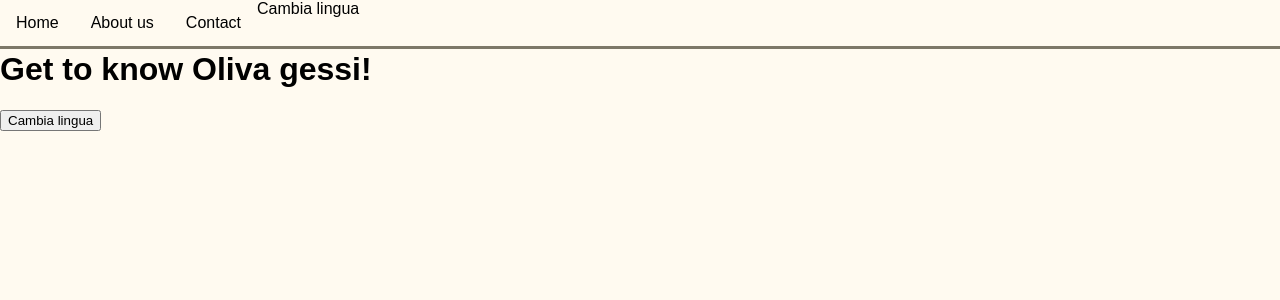
Repository: Seaside-Jokers/Oliva-gessi
Page: index.html
These files come from the project's save history. The page is drawn as it stood at one moment and after a run of saves; the edit follows.
The browser window is 1280 px wide. The pictures show the whole page.

Above is the page before, as saved 2026-02-16 19:30:01.

### index.html
<!DOCTYPE html>
<html lang="it">
<head>
    <meta charset="UTF-8">
    <title>Oliva gessi</title>
    <link rel="stylesheet" href="src/style.css">
</head>
<body>
    <nav class="navbar">
        <a class="nav-button" href="#" data-key="home">Home</a>
        <a class="nav-button" href="#" data-key="about">Chi siamo</a>
        <a class="nav-button" href="#" data-key="contact">Contatti</a>
        <link class="nav-button change-language" onclick="changeState()" data-key="change-language"
            href="assets/menu_icon.png">
            Cambia lingua</link>
    </nav>

    <h1 data-key="titolo">Vieni a conoscere Oliva Gessi!</h1>
    <button onclick="changeState()" type="button">Cambia lingua</button>

    <!-- - - - - - - - - - - - - - - - - - - - - - - - - - - - - - - - - - - - -->
    <!--                              DO NOT TOUCH                             -->
    <!-- - - - - - - - - - - - - - - - - - - - - - - - - - - - - - - - - - - - -->
    <script src="src/database_testo.js"></script>
    <script src="src/color_scheme.js"></script>
</body>

<!-- TODO: leggi questo commento e poi eliminalo per favore: quando vuoi aggiungere un nuovo testo modificalo in src/database_testo.js -->
</html>

### src/style.css
/* -------------------------------------------------------------------------- */
/*                                    BASE                                    */
/* -------------------------------------------------------------------------- */
/* corpo dell'HTML */
body {
    font-family: 'Montserrat', sans-serif;
    margin: 0;
    padding: 0;
    padding-top: 30px;
    background-color: var(--colors-background);
}

/* -------------------------------------------------------------------------- */
/*                                   NAVBAR                                   */
/* -------------------------------------------------------------------------- */
/* Container NavBar */
nav.navbar {
    display: flex;
    overflow: hidden;
    background-color: var(--colors-surface);
    outline: 3px solid var(--colors-outline);
    position: fixed;
    top: 0;
    width: 100%;
}
/* Pulsanti della NavBar */
a.nav-button {
    color: var(--colors-onSurface);
    text-decoration: none;
    padding: 14px 16px;
    display: block;
}
/* Pulsante per il cambio lingua */
a.nav-button.change-language {
    background-color: var(--colors-primary);
    color: var(--colors-onPrimary);
    border: none;
    padding: 0px, 20px;
    cursor: pointer;
    font-size: 16px;
    margin-left: auto;
}

/*
    Fonts: https://ctrl-z.it/9-font-architettura-tavole-portfolio https://material-f/
    Design: foundation.github.io/material-theme-builder/
    Fonts: Playfair Display (titoli), Montserrat (testo normale)
*/

### src/database_testo.js
const traduzioni = {
    "it": {
        titolo: "Vieni a conoscere Oliva gessi!",
        home: "Home",
        about: "Chi siamo",
        contact: "Contatti"
    },
    "en": {
        titolo: "Get to know Oliva gessi!",
        home: "Home",
        about: "About us",
        contact: "Contact"
    }
}



/* -------------------------------------------------------------------------- */
/*                                DO NOT TOUCH                                */
/* -------------------------------------------------------------------------- */
var state =  getDefaultLang();

function aggiornaInterfaccia() {
    const elementi = document.querySelectorAll('[data-key]');

    elementi.forEach(el => {
        const chiave = el.getAttribute('data-key');
        const testoTradotto = traduzioni[state][chiave];

        if (testoTradotto) {
            el.textContent = testoTradotto;
        }
    });
}

/* -------------------------------------------------------------------------- */
/*                            Cambiamenti di stato                            */
/* -------------------------------------------------------------------------- */
function getDefaultLang() {
    if(navigator.language.substring(0, 2) === "en")
        return "en";

    return "it";
}
function defaultState() {
    state = getDefaultLang();
    aggiornaInterfaccia();
    return true;
}
function changeStateTo(_state) {
    if(_state !== "it" && _state !== "en") {
        defaultState();
        return;
    }
    state = _state;
    aggiornaInterfaccia();
}
function changeState() {
    if(state === "it")
        changeStateTo("en");
    else
        changeStateTo("it");
}

document.addEventListener("DOMContentLoaded", aggiornaInterfaccia);

### src/color_scheme.js
const ThemeManager = (() => {
    const colorScheme = {
        "light": {
            "primary": "hsl(50, 76%, 24%)",
            "surfaceTint": "hsl(50, 76%, 24%)",
            "onPrimary": "hsl(0, 0%, 100%)",
            "primaryContainer": "hsl(48, 89%, 75%)",
            "onPrimaryContainer": "hsl(51, 100%, 16%)",
            "secondary": "hsl(47, 23%, 33%)",
            "onSecondary": "hsl(0, 0%, 100%)",
            "secondaryContainer": "hsl(46, 60%, 84%)",
            "onSecondaryContainer": "hsl(48, 30%, 24%)",
            "tertiary": "hsl(139, 21%, 33%)",
            "onTertiary": "hsl(0, 0%, 100%)",
            "tertiaryContainer": "hsl(134, 51%, 85%)",
            "onTertiaryContainer": "hsl(141, 28%, 24%)",
            "error": "hsl(0, 75%, 42%)",
            "onError": "hsl(0, 0%, 100%)",
            "errorContainer": "hsl(6, 100%, 92%)",
            "onErrorContainer": "hsl(356, 100%, 29%)",
            "background": "hsl(39, 100%, 97%)",
            "onBackground": "hsl(44, 22%, 10%)",
            "surface": "hsl(39, 100%, 97%)",
            "onSurface": "hsl(44, 22%, 10%)",
            "surfaceVariant": "hsl(42, 38%, 87%)",
            "onSurfaceVariant": "hsl(47, 14%, 26%)",
            "outline": "hsl(46, 9%, 45%)",
            "outlineVariant": "hsl(43, 20%, 75%)",
            "shadow": "hsl(0, 0%, 0%)",
            "scrim": "hsl(0, 0%, 0%)",
            "inverseSurface": "hsl(45, 13%, 18%)",
            "inverseOnSurface": "hsl(40, 57%, 93%)",
            "inversePrimary": "hsl(48, 60%, 65%)",
            "primaryFixed": "hsl(48, 89%, 75%)",
            "onPrimaryFixed": "hsl(48, 100%, 7%)",
            "primaryFixedDim": "hsl(48, 60%, 65%)",
            "onPrimaryFixedVariant": "hsl(51, 100%, 16%)",
            "secondaryFixed": "hsl(46, 60%, 84%)",
            "onSecondaryFixed": "hsl(48, 78%, 7%)",
            "secondaryFixedDim": "hsl(46, 34%, 73%)",
            "onSecondaryFixedVariant": "hsl(48, 30%, 24%)",
            "tertiaryFixed": "hsl(134, 51%, 85%)",
            "onTertiaryFixed": "hsl(147, 100%, 6%)",
            "tertiaryFixedDim": "hsl(135, 29%, 74%)",
            "onTertiaryFixedVariant": "hsl(141, 28%, 24%)",
            "surfaceDim": "hsl(39, 24%, 84%)",
            "surfaceBright": "hsl(39, 100%, 97%)",
            "surfaceContainerLowest": "hsl(0, 0%, 100%)",
            "surfaceContainerLow": "hsl(40, 68%, 94%)",
            "surfaceContainer": "hsl(40, 49%, 92%)",
            "surfaceContainerHigh": "hsl(42, 37%, 89%)",
            "surfaceContainerHighest": "hsl(42, 30%, 87%)"
        },
        "light-medium-contrast": {
            "primary": "hsl(51, 100%, 13%)",
            "surfaceTint": "hsl(50, 76%, 24%)",
            "onPrimary": "hsl(0, 0%, 100%)",
            "primaryContainer": "hsl(49, 61%, 30%)",
            "onPrimaryContainer": "hsl(0, 0%, 100%)",
            "secondary": "hsl(49, 38%, 17%)",
            "onSecondary": "hsl(0, 0%, 100%)",
            "secondaryContainer": "hsl(48, 20%, 38%)",
            "onSecondaryContainer": "hsl(0, 0%, 100%)",
            "tertiary": "hsl(143, 39%, 17%)",
            "onTertiary": "hsl(0, 0%, 100%)",
            "tertiaryContainer": "hsl(139, 18%, 39%)",
            "onTertiaryContainer": "hsl(0, 0%, 100%)",
            "error": "hsl(357, 100%, 23%)",
            "onError": "hsl(0, 0%, 100%)",
            "errorContainer": "hsl(2, 68%, 48%)",
            "onErrorContainer": "hsl(0, 0%, 100%)",
            "background": "hsl(39, 100%, 97%)",
            "onBackground": "hsl(44, 22%, 10%)",
            "surface": "hsl(39, 100%, 97%)",
            "onSurface": "hsl(48, 36%, 5%)",
            "surfaceVariant": "hsl(42, 38%, 87%)",
            "onSurfaceVariant": "hsl(46, 17%, 19%)",
            "outline": "hsl(44, 12%, 30%)",
            "outlineVariant": "hsl(45, 10%, 41%)",
            "shadow": "hsl(0, 0%, 0%)",
            "scrim": "hsl(0, 0%, 0%)",
            "inverseSurface": "hsl(45, 13%, 18%)",
            "inverseOnSurface": "hsl(40, 57%, 93%)",
            "inversePrimary": "hsl(48, 60%, 65%)",
            "primaryFixed": "hsl(49, 61%, 30%)",
            "onPrimaryFixed": "hsl(0, 0%, 100%)",
            "primaryFixedDim": "hsl(51, 94%, 20%)",
            "onPrimaryFixedVariant": "hsl(0, 0%, 100%)",
            "secondaryFixed": "hsl(48, 20%, 38%)",
            "onSecondaryFixed": "hsl(0, 0%, 100%)",
            "secondaryFixedDim": "hsl(49, 25%, 29%)",
            "onSecondaryFixedVariant": "hsl(0, 0%, 100%)",
            "tertiaryFixed": "hsl(139, 18%, 39%)",
            "onTertiaryFixed": "hsl(0, 0%, 100%)",
            "tertiaryFixedDim": "hsl(139, 23%, 29%)",
            "onTertiaryFixedVariant": "hsl(0, 0%, 100%)",
            "surfaceDim": "hsl(41, 16%, 76%)",
            "surfaceBright": "hsl(39, 100%, 97%)",
            "surfaceContainerLowest": "hsl(0, 0%, 100%)",
            "surfaceContainerLow": "hsl(40, 68%, 94%)",
            "surfaceContainer": "hsl(42, 37%, 89%)",
            "surfaceContainerHigh": "hsl(39, 26%, 85%)",
            "surfaceContainerHighest": "hsl(41, 19%, 81%)"
        },
        "light-high-contrast": {
            "primary": "hsl(50, 100%, 10%)",
            "surfaceTint": "hsl(50, 76%, 24%)",
            "onPrimary": "hsl(0, 0%, 100%)",
            "primaryContainer": "hsl(50, 100%, 17%)",
            "onPrimaryContainer": "hsl(0, 0%, 100%)",
            "secondary": "hsl(49, 47%, 13%)",
            "onSecondary": "hsl(0, 0%, 100%)",
            "secondaryContainer": "hsl(48, 28%, 25%)",
            "onSecondaryContainer": "hsl(0, 0%, 100%)",
            "tertiary": "hsl(146, 52%, 13%)",
            "onTertiary": "hsl(0, 0%, 100%)",
            "tertiaryContainer": "hsl(141, 27%, 25%)",
            "onTertiaryContainer": "hsl(0, 0%, 100%)",
            "error": "hsl(357, 100%, 19%)",
            "onError": "hsl(0, 0%, 100%)",
            "errorContainer": "hsl(356, 100%, 30%)",
            "onErrorContainer": "hsl(0, 0%, 100%)",
            "background": "hsl(39, 100%, 97%)",
            "onBackground": "hsl(44, 22%, 10%)",
            "surface": "hsl(39, 100%, 97%)",
            "onSurface": "hsl(0, 0%, 0%)",
            "surfaceVariant": "hsl(42, 38%, 87%)",
            "onSurfaceVariant": "hsl(0, 0%, 0%)",
            "outline": "hsl(48, 19%, 15%)",
            "outlineVariant": "hsl(47, 13%, 27%)",
            "shadow": "hsl(0, 0%, 0%)",
            "scrim": "hsl(0, 0%, 0%)",
            "inverseSurface": "hsl(45, 13%, 18%)",
            "inverseOnSurface": "hsl(0, 0%, 100%)",
            "inversePrimary": "hsl(48, 60%, 65%)",
            "primaryFixed": "hsl(50, 100%, 17%)",
            "onPrimaryFixed": "hsl(0, 0%, 100%)",
            "primaryFixedDim": "hsl(50, 100%, 12%)",
            "onPrimaryFixedVariant": "hsl(0, 0%, 100%)",
            "secondaryFixed": "hsl(48, 28%, 25%)",
            "onSecondaryFixed": "hsl(0, 0%, 100%)",
            "secondaryFixedDim": "hsl(49, 41%, 16%)",
            "onSecondaryFixedVariant": "hsl(0, 0%, 100%)",
            "tertiaryFixed": "hsl(141, 27%, 25%)",
            "onTertiaryFixed": "hsl(0, 0%, 100%)",
            "tertiaryFixedDim": "hsl(145, 43%, 16%)",
            "onTertiaryFixedVariant": "hsl(0, 0%, 100%)",
            "surfaceDim": "hsl(41, 13%, 71%)",
            "surfaceBright": "hsl(39, 100%, 97%)",
            "surfaceContainerLowest": "hsl(0, 0%, 100%)",
            "surfaceContainerLow": "hsl(40, 57%, 93%)",
            "surfaceContainer": "hsl(42, 30%, 87%)",
            "surfaceContainerHigh": "hsl(42, 21%, 82%)",
            "surfaceContainerHighest": "hsl(41, 16%, 76%)"
        },
        "dark": {
            "primary": "hsl(48, 60%, 65%)",
            "surfaceTint": "hsl(48, 60%, 65%)",
            "onPrimary": "hsl(50, 100%, 11%)",
            "primaryContainer": "hsl(51, 100%, 16%)",
            "onPrimaryContainer": "hsl(48, 89%, 75%)",
            "secondary": "hsl(46, 34%, 73%)",
            "onSecondary": "hsl(49, 42%, 15%)",
            "secondaryContainer": "hsl(48, 30%, 24%)",
            "onSecondaryContainer": "hsl(46, 60%, 84%)",
            "tertiary": "hsl(135, 29%, 74%)",
            "onTertiary": "hsl(146, 47%, 15%)",
            "tertiaryContainer": "hsl(141, 28%, 24%)",
            "onTertiaryContainer": "hsl(134, 51%, 85%)",
            "error": "hsl(6, 100%, 84%)",
            "onError": "hsl(357, 100%, 21%)",
            "errorContainer": "hsl(356, 100%, 29%)",
            "onErrorContainer": "hsl(6, 100%, 92%)",
            "background": "hsl(48, 31%, 6%)",
            "onBackground": "hsl(42, 30%, 87%)",
            "surface": "hsl(48, 31%, 6%)",
            "onSurface": "hsl(42, 30%, 87%)",
            "surfaceVariant": "hsl(47, 14%, 26%)",
            "onSurfaceVariant": "hsl(43, 20%, 75%)",
            "outline": "hsl(44, 9%, 55%)",
            "outlineVariant": "hsl(47, 14%, 26%)",
            "shadow": "hsl(0, 0%, 0%)",
            "scrim": "hsl(0, 0%, 0%)",
            "inverseSurface": "hsl(42, 30%, 87%)",
            "inverseOnSurface": "hsl(45, 13%, 18%)",
            "inversePrimary": "hsl(50, 76%, 24%)",
            "primaryFixed": "hsl(48, 89%, 75%)",
            "onPrimaryFixed": "hsl(48, 100%, 7%)",
            "primaryFixedDim": "hsl(48, 60%, 65%)",
            "onPrimaryFixedVariant": "hsl(51, 100%, 16%)",
            "secondaryFixed": "hsl(46, 60%, 84%)",
            "onSecondaryFixed": "hsl(48, 78%, 7%)",
            "secondaryFixedDim": "hsl(46, 34%, 73%)",
            "onSecondaryFixedVariant": "hsl(48, 30%, 24%)",
            "tertiaryFixed": "hsl(134, 51%, 85%)",
            "onTertiaryFixed": "hsl(147, 100%, 6%)",
            "tertiaryFixedDim": "hsl(135, 29%, 74%)",
            "onTertiaryFixedVariant": "hsl(141, 28%, 24%)",
            "surfaceDim": "hsl(48, 31%, 6%)",
            "surfaceBright": "hsl(45, 11%, 21%)",
            "surfaceContainerLowest": "hsl(47, 39%, 5%)",
            "surfaceContainerLow": "hsl(44, 22%, 10%)",
            "surfaceContainer": "hsl(49, 19%, 11%)",
            "surfaceContainerHigh": "hsl(45, 15%, 15%)",
            "surfaceContainerHighest": "hsl(46, 13%, 19%)"
        },
        "dark-medium-contrast": {
            "primary": "hsl(48, 81%, 73%)",
            "surfaceTint": "hsl(48, 60%, 65%)",
            "onPrimary": "hsl(49, 100%, 9%)",
            "primaryContainer": "hsl(49, 44%, 44%)",
            "onPrimaryContainer": "hsl(0, 0%, 0%)",
            "secondary": "hsl(46, 52%, 81%)",
            "onSecondary": "hsl(48, 56%, 11%)",
            "secondaryContainer": "hsl(47, 18%, 52%)",
            "onSecondaryContainer": "hsl(0, 0%, 0%)",
            "tertiary": "hsl(134, 44%, 83%)",
            "onTertiary": "hsl(147, 69%, 10%)",
            "tertiaryContainer": "hsl(137, 15%, 53%)",
            "onTertiaryContainer": "hsl(0, 0%, 0%)",
            "error": "hsl(7, 100%, 90%)",
            "onError": "hsl(358, 100%, 16%)",
            "errorContainer": "hsl(4, 100%, 64%)",
            "onErrorContainer": "hsl(0, 0%, 0%)",
            "background": "hsl(48, 31%, 6%)",
            "onBackground": "hsl(42, 30%, 87%)",
            "surface": "hsl(48, 31%, 6%)",
            "onSurface": "hsl(0, 0%, 100%)",
            "surfaceVariant": "hsl(47, 14%, 26%)",
            "onSurfaceVariant": "hsl(43, 31%, 84%)",
            "outline": "hsl(42, 14%, 67%)",
            "outlineVariant": "hsl(44, 9%, 55%)",
            "shadow": "hsl(0, 0%, 0%)",
            "scrim": "hsl(0, 0%, 0%)",
            "inverseSurface": "hsl(42, 30%, 87%)",
            "inverseOnSurface": "hsl(45, 15%, 15%)",
            "inversePrimary": "hsl(50, 100%, 17%)",
            "primaryFixed": "hsl(48, 89%, 75%)",
            "onPrimaryFixed": "hsl(46, 100%, 4%)",
            "primaryFixedDim": "hsl(48, 60%, 65%)",
            "onPrimaryFixedVariant": "hsl(51, 100%, 13%)",
            "secondaryFixed": "hsl(46, 60%, 84%)",
            "onSecondaryFixed": "hsl(46, 100%, 4%)",
            "secondaryFixedDim": "hsl(46, 34%, 73%)",
            "onSecondaryFixedVariant": "hsl(49, 38%, 17%)",
            "tertiaryFixed": "hsl(134, 51%, 85%)",
            "onTertiaryFixed": "hsl(143, 100%, 4%)",
            "tertiaryFixedDim": "hsl(135, 29%, 74%)",
            "onTertiaryFixedVariant": "hsl(143, 39%, 17%)",
            "surfaceDim": "hsl(48, 31%, 6%)",
            "surfaceBright": "hsl(43, 11%, 25%)",
            "surfaceContainerLowest": "hsl(40, 50%, 2%)",
            "surfaceContainerLow": "hsl(44, 21%, 10%)",
            "surfaceContainer": "hsl(49, 15%, 14%)",
            "surfaceContainerHigh": "hsl(45, 13%, 18%)",
            "surfaceContainerHighest": "hsl(42, 11%, 23%)"
        },
        "dark-high-contrast": {
            "primary": "hsl(47, 100%, 86%)",
            "surfaceTint": "hsl(48, 60%, 65%)",
            "onPrimary": "hsl(0, 0%, 0%)",
            "primaryContainer": "hsl(48, 57%, 63%)",
            "onPrimaryContainer": "hsl(44, 100%, 3%)",
            "secondary": "hsl(46, 89%, 89%)",
            "onSecondary": "hsl(0, 0%, 0%)",
            "secondaryContainer": "hsl(46, 32%, 71%)",
            "onSecondaryContainer": "hsl(44, 100%, 3%)",
            "tertiary": "hsl(134, 80%, 90%)",
            "onTertiary": "hsl(0, 0%, 0%)",
            "tertiaryContainer": "hsl(135, 28%, 72%)",
            "onTertiaryContainer": "hsl(140, 100%, 3%)",
            "error": "hsl(8, 100%, 96%)",
            "onError": "hsl(0, 0%, 0%)",
            "errorContainer": "hsl(7, 100%, 82%)",
            "onErrorContainer": "hsl(358, 100%, 7%)",
            "background": "hsl(48, 31%, 6%)",
            "onBackground": "hsl(42, 30%, 87%)",
            "surface": "hsl(48, 31%, 6%)",
            "onSurface": "hsl(0, 0%, 100%)",
            "surfaceVariant": "hsl(47, 14%, 26%)",
            "onSurfaceVariant": "hsl(0, 0%, 100%)",
            "outline": "hsl(42, 62%, 92%)",
            "outlineVariant": "hsl(42, 18%, 74%)",
            "shadow": "hsl(0, 0%, 0%)",
            "scrim": "hsl(0, 0%, 0%)",
            "inverseSurface": "hsl(42, 30%, 87%)",
            "inverseOnSurface": "hsl(0, 0%, 0%)",
            "inversePrimary": "hsl(50, 100%, 17%)",
            "primaryFixed": "hsl(48, 89%, 75%)",
            "onPrimaryFixed": "hsl(0, 0%, 0%)",
            "primaryFixedDim": "hsl(48, 60%, 65%)",
            "onPrimaryFixedVariant": "hsl(46, 100%, 4%)",
            "secondaryFixed": "hsl(46, 60%, 84%)",
            "onSecondaryFixed": "hsl(0, 0%, 0%)",
            "secondaryFixedDim": "hsl(46, 34%, 73%)",
            "onSecondaryFixedVariant": "hsl(46, 100%, 4%)",
            "tertiaryFixed": "hsl(134, 51%, 85%)",
            "onTertiaryFixed": "hsl(0, 0%, 0%)",
            "tertiaryFixedDim": "hsl(135, 29%, 74%)",
            "onTertiaryFixedVariant": "hsl(143, 100%, 4%)",
            "surfaceDim": "hsl(48, 31%, 6%)",
            "surfaceBright": "hsl(46, 8%, 30%)",
            "surfaceContainerLowest": "hsl(0, 0%, 0%)",
            "surfaceContainerLow": "hsl(49, 19%, 11%)",
            "surfaceContainer": "hsl(45, 13%, 18%)",
            "surfaceContainerHigh": "hsl(45, 11%, 22%)",
            "surfaceContainerHighest": "hsl(46, 10%, 26%)"
        }
    };

    let currentColorScheme = null;
    const STORAGE_KEY = 'user-color-scheme';
    const listeners = [];

    /**
     * Estrae il livello di contrasto dallo schema corrente
     * @param {string} scheme - Nome dello schema (es. 'dark-high-contrast')
     * @returns {string} Il livello di contrasto ('', 'medium-contrast', 'high-contrast')
     */
    function getContrastLevel(scheme) {
        if (scheme.includes('high-contrast')) return 'high-contrast';
        if (scheme.includes('medium-contrast')) return 'medium-contrast';
        return '';
    }

    /**
     * Ottiene lo schema colore preferito dal sistema operativo
     * @returns {string} 'dark' o 'light'
     */
    function getBrowserColorScheme() {
        if (window.matchMedia?.('(prefers-color-scheme: dark)').matches) {
            return 'dark';
        }
        return 'light';
    }

    /**
     * Aggiorna le variabili CSS con i colori dello schema corrente
     */
    function updateThemeColors() {
        const colors = colorScheme[currentColorScheme];
        if (!colors) {
            console.error(`Impossibile trovare i colori per lo schema: ${currentColorScheme}`);
            return;
        }

        const root = document.documentElement;

        // Applica ogni colore come variabile CSS
        for (const [key, value] of Object.entries(colors)) {
            const cssVarName = key.replace(/([A-Z])/g, '-$1').toLowerCase();
            root.style.setProperty(`--colors-${cssVarName}`, value);
        }

        // Notifica i listener del cambio tema
        notifyListeners(currentColorScheme);
    }

    /**
     * Cambia lo schema colore
     * @param {string} scheme - Nome dello schema da applicare
     * @returns {boolean} True se il cambio è avvenuto con successo
     */
    function changeColorScheme(scheme) {
        if (!colorScheme[scheme]) {
            console.error(`Schema colore non valido: ${scheme}`);
            return false;
        }

        currentColorScheme = scheme;
        updateThemeColors();

        // Salva la preferenza in localStorage
        try {
            localStorage.setItem(STORAGE_KEY, scheme);
        } catch (e) {
            console.warn('Impossibile salvare le preferenze tema:', e);
        }

        return true;
    }

    /**
     * Alterna tra modalità chiara e scura mantenendo il livello di contrasto
     */
    function toggleLightDark() {
        const isDark = currentColorScheme.startsWith('dark');
        const contrastLevel = getContrastLevel(currentColorScheme);

        const newScheme = isDark
            ? (contrastLevel ? `light-${contrastLevel}` : 'light')
            : (contrastLevel ? `dark-${contrastLevel}` : 'dark');

        changeColorScheme(newScheme);
    }

    /**
     * Imposta lo schema colore con livello di contrasto opzionale
     * @param {string} scheme - 'light' o 'dark'
     * @param {string} contrastLevel - '', 'medium-contrast' o 'high-contrast'
     */
    function setColorScheme(scheme, contrastLevel = '') {
        const fullScheme = contrastLevel ? `${scheme}-${contrastLevel}` : scheme;
        changeColorScheme(fullScheme);
    }

    /**
     * Registra un listener per i cambiamenti di tema
     * @param {Function} callback - Funzione chiamata quando il tema cambia
     * @returns {Function} Funzione per rimuovere il listener
     */
    function addThemeChangeListener(callback) {
        if (typeof callback !== 'function') {
            console.error('Il listener deve essere una funzione');
            return () => {};
        }

        listeners.push(callback);

        // Restituisce funzione per rimuovere il listener
        return () => {
            const index = listeners.indexOf(callback);
            if (index > -1) {
                listeners.splice(index, 1);
            }
        };
    }

    /**
     * Notifica tutti i listener del cambio tema
     * @param {string} newScheme - Il nuovo schema applicato
     */
    function notifyListeners(newScheme) {
        listeners.forEach(callback => {
            try {
                callback(newScheme);
            } catch (e) {
                console.error('Errore nel listener del tema:', e);
            }
        });
    }

    /**
     * Resetta le preferenze salvate e torna allo schema di sistema
     */
    function resetToSystemPreference() {
        try {
            localStorage.removeItem(STORAGE_KEY);
        } catch (e) {
            console.warn('Impossibile rimuovere le preferenze salvate:', e);
        }

        const systemScheme = getBrowserColorScheme();
        changeColorScheme(systemScheme);
    }

    /**
     * Ottiene tutti gli schemi disponibili
     * @returns {string[]} Array con i nomi di tutti gli schemi disponibili
     */
    function getAvailableSchemes() {
        return Object.keys(colorScheme);
    }

    /**
     * Verifica se lo schema corrente è scuro
     * @returns {boolean} True se il tema corrente è scuro
     */
    function isDarkMode() {
        return currentColorScheme?.startsWith('dark') ?? false;
    }

    /**
     * Inizializza il sistema di gestione temi
     */
    function init() {
        // 1. Cerca una preferenza salvata
        let savedScheme = null;
        try {
            savedScheme = localStorage.getItem(STORAGE_KEY);
        } catch (e) {
            console.warn('Impossibile leggere le preferenze tema:', e);
        }

        // 2. Usa quella salvata se valida, altrimenti usa quella del sistema
        const initialScheme = savedScheme && colorScheme[savedScheme]
            ? savedScheme
            : getBrowserColorScheme();

        changeColorScheme(initialScheme);

        // 3. Ascolta i cambiamenti di preferenza di sistema
        const mediaQuery = window.matchMedia?.('(prefers-color-scheme: dark)');
        if (mediaQuery) {
            mediaQuery.addEventListener('change', (e) => {
                // Aggiorna solo se non c'è una preferenza salvata dall'utente
                try {
                    const hasSavedPreference = localStorage.getItem(STORAGE_KEY);
                    if (!hasSavedPreference) {
                        const systemScheme = e.matches ? 'dark' : 'light';
                        const contrastLevel = getContrastLevel(currentColorScheme);
                        setColorScheme(systemScheme, contrastLevel);
                    }
                } catch (err) {
                    console.warn('Errore nella gestione del cambio tema di sistema:', err);
                }
            });
        }
    }

    // Espone l'API pubblica
    return {
        init,
        changeColorScheme,
        toggleLightDark,
        setColorScheme,
        getCurrentScheme: () => currentColorScheme,
        getAvailableSchemes,
        isDarkMode,
        addThemeChangeListener,
        resetToSystemPreference
    };
})();

// Inizializza automaticamente quando il DOM è pronto
if (document.readyState === 'loading') {
    document.addEventListener('DOMContentLoaded', ThemeManager.init);
} else {
    ThemeManager.init();
}

After the next 2 saves:
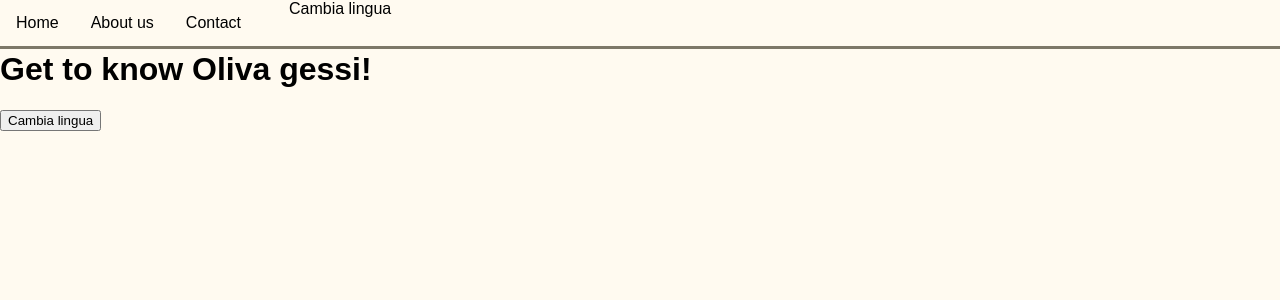
The 2 saves are shown as one change because they came seconds apart.
The last was saved 12 s later.
--- a/src/style.css
+++ b/src/style.css
@@ -30,6 +30,12 @@ a.nav-button {
     padding: 14px 16px;
     display: block;
 }
+link.nav-button {
+    color: var(--colors-onSurface);
+    text-decoration: none;
+    padding: 14px 16px;
+    display: block;
+}
 /* Pulsante per il cambio lingua */
 a.nav-button.change-language {
     background-color: var(--colors-primary);
